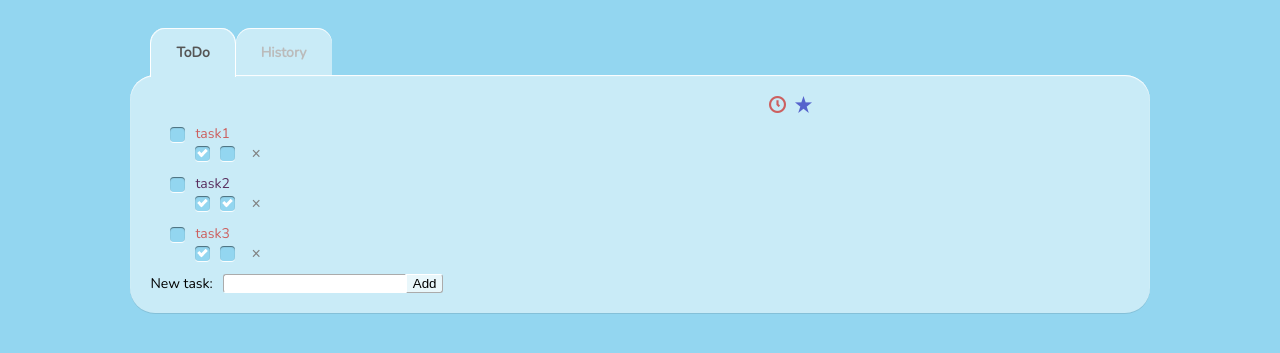
Repository: naurlaunim/toDoList
Page: /
These files come from the project's save history. The page is drawn as it stood at one moment and after the next save; the edit follows.
The browser window is 1280 px wide. The pictures show the whole page.
Some web fonts or font styles are not loaded; a fallback is used. The project was rebuilt for these pictures with package versions that can differ from the ones it lists, and the page was loaded fresh each time. Also part of the build but not shown: webpack.config.js.

Above is the page before, as saved 2018-03-01 14:26:11.

After the next save:
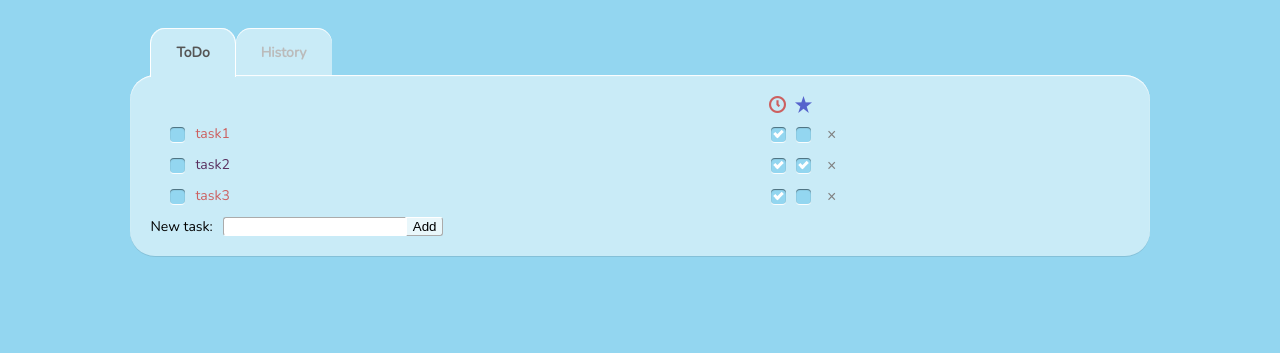
Saved 20 min 58 s later.
--- a/src/App.js
+++ b/src/App.js
@@ -119,15 +119,10 @@ class ToDoList extends Component {
 												: <div className='o1'> {task.text} </div>
 										}
 									</div>
-									<div>
-										{this.state.showHistory
-										?	<div className = 'date'>{task.date}</div>
-										:	<Buttons task={task}
-												handleCheck={this.handleCheck}
-												handleDelete={this.handleDelete}
-											/>
-										}
-										</div>
+									<Buttons task={task}
+										handleCheck={this.handleCheck}
+										handleDelete={this.handleDelete}
+									/>
 								</div>
 							)
 						}
